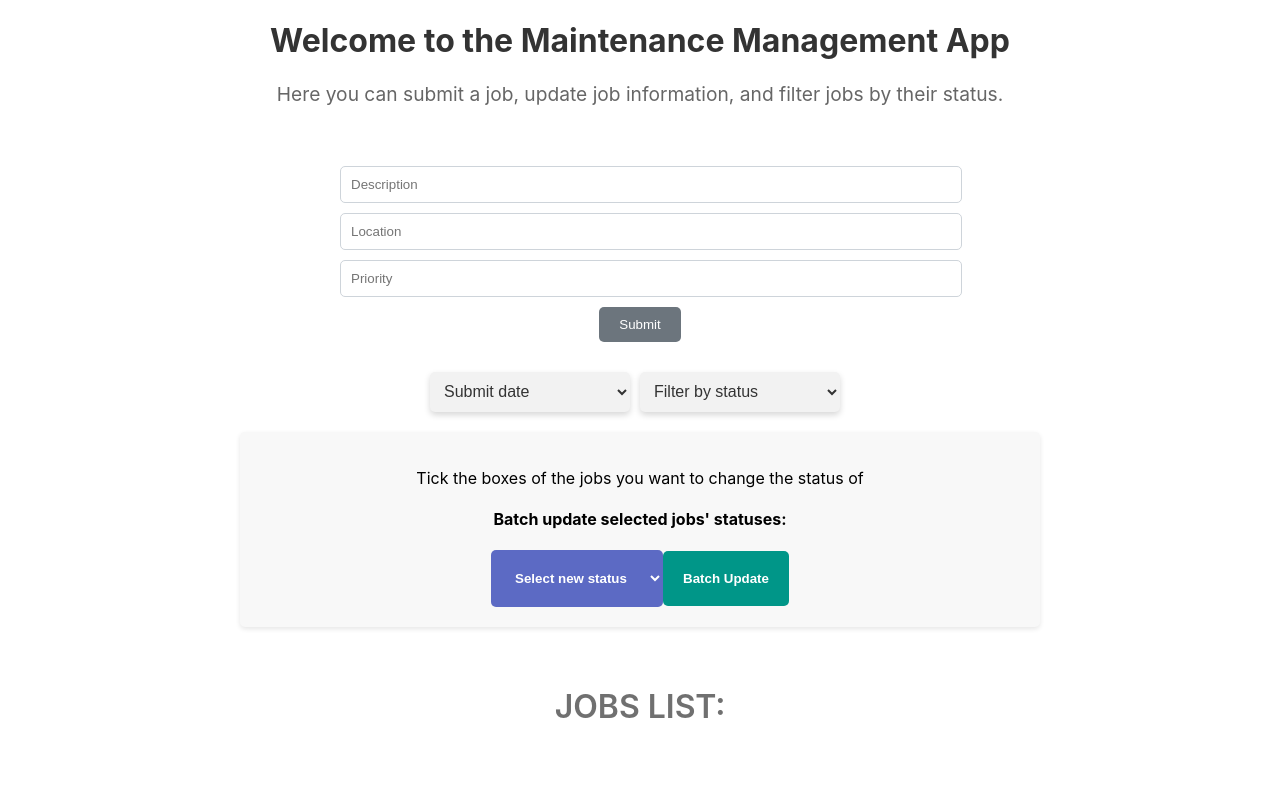
Repository: mikasteyn999/Maintenance-Manager-App
Page: / (app in frontend/)
The author's editor kept a copy of each file at every save. The page is drawn from the files as they stood at one save, then again after the next save.
The browser window is 1280 px wide. The pictures show the whole page.
The page's requests for data from a server got no answer. The project was rebuilt for these pictures with package versions that can differ from the ones it lists, and the page was loaded fresh each time. No one was signed in, and anything a server would have sent is missing. Also part of the build but not shown: frontend/src/style/Job.css, frontend/src/components/Job.js, frontend/src/style/JobUpdateForm.css, frontend/src/components/JobUpdateForm.js.

Above is the page before, as saved 2023-06-05 16:54:07.

After the next save:
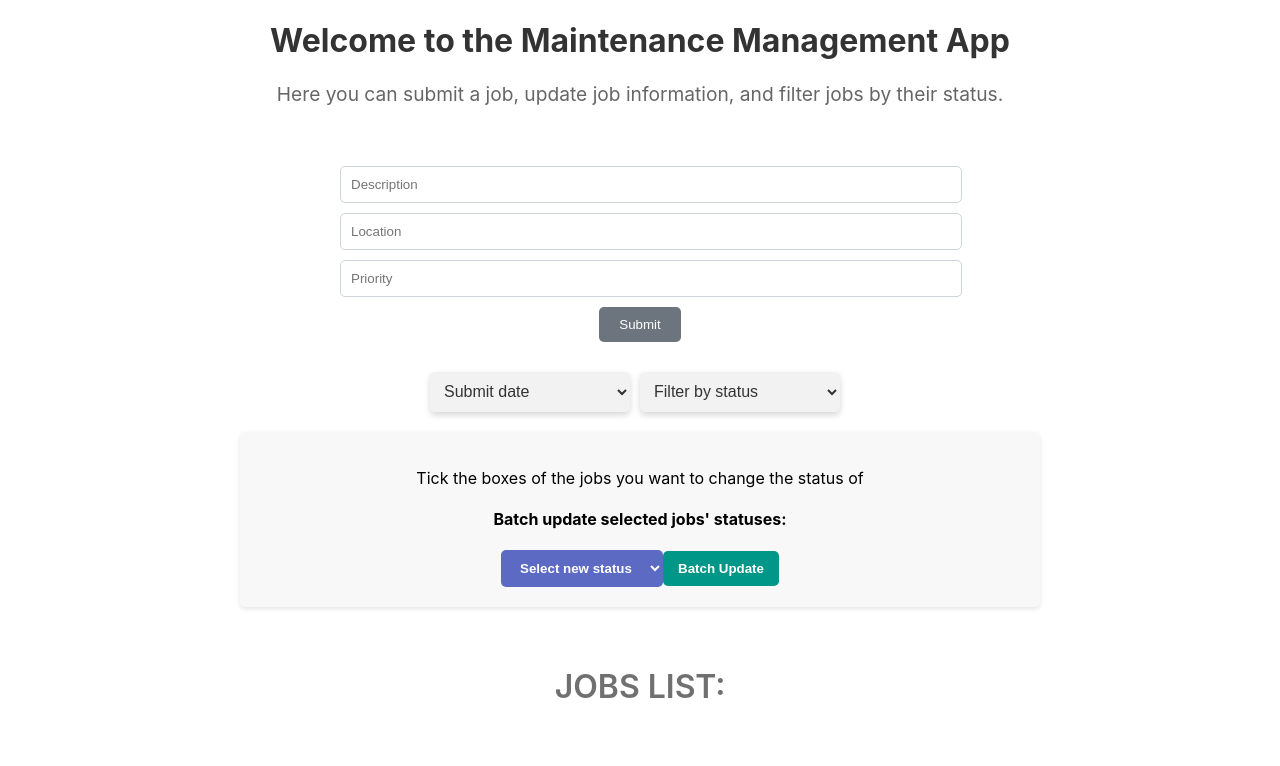
Saved 6 s later.
--- a/frontend/src/style/JobsList.css
+++ b/frontend/src/style/JobsList.css
@@ -50,7 +50,7 @@
 
 .batch-update select,
 .batch-update button {
-    padding: 20px 20px;
+    padding: 10px 15px;
     border: none;
     border-radius: 5px;
     background-color: #5c6ac4;
